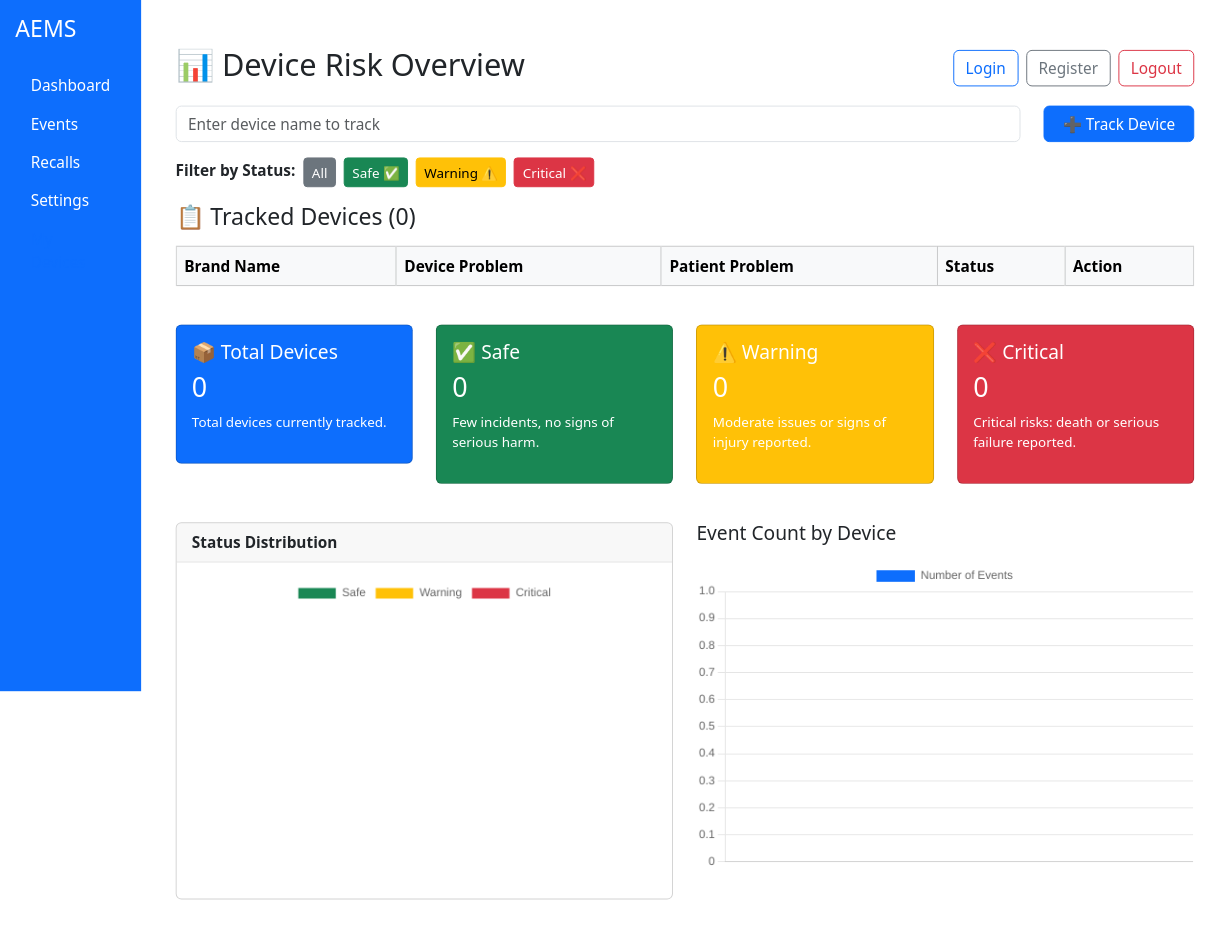
Repository: Sarary2/AEMS_2MVP
Page: / (app in frontend/AEMS/)
The author's editor kept a copy of each file at every save. The page is drawn from the files as they stood at one save, then again after the next save.
The browser window is 1280 px wide. The pictures show the whole page, at 96% of full size.
The page's requests for data from a server got no answer. The project was rebuilt for these pictures with package versions that can differ from the ones it lists, and the page was loaded fresh each time. No one was signed in, and anything a server would have sent is missing. Also part of the build but not shown: frontend/AEMS/vite.config.js, frontend/AEMS/src/components/DeviceRow.jsx, frontend/AEMS/src/pages/Events.jsx, frontend/AEMS/src/firebase.js, frontend/AEMS/src/pages/Login.jsx, frontend/AEMS/src/pages/Register.jsx.

Above is the page before, as saved 2025-05-06 13:00:39.

### frontend/AEMS/src/main.jsx
import React from 'react';
import ReactDOM from 'react-dom/client';
import App from './App.jsx';
import 'bootstrap/dist/css/bootstrap.min.css';

ReactDOM.createRoot(document.getElementById('root')).render(
  <React.StrictMode>
    <App />
  </React.StrictMode>
);

### frontend/AEMS/src/App.jsx
import { BrowserRouter as Router, Routes, Route, useLocation } from 'react-router-dom';
import Sidebar from './components/Sidebar';
import Dashboard from './pages/Dashboard';
import Events from './pages/Events';
import Login from './pages/Login';
import Register from './pages/Register';

function LayoutWithSidebar({ children }) {
  return (
    <div className="d-flex">
      <Sidebar />
      <div className="p-4 flex-grow-1">
        {children}
      </div>
    </div>
  );
}

function AppRoutes() {
  const location = useLocation();
  const hideSidebar = ['/login', '/register'].includes(location.pathname);

  return hideSidebar ? (
    <Routes>
      <Route path="/login" element={<Login />} />
      <Route path="/register" element={<Register />} />
    </Routes>
  ) : (
    <LayoutWithSidebar>
      <Routes>
        <Route path="/" element={<Dashboard />} />
        <Route path="/events" element={<Events />} />
      </Routes>
    </LayoutWithSidebar>
  );
}

export default function App() {
  return (
    <Router>
      <AppRoutes />
    </Router>
  );
}

### frontend/AEMS/src/components/Sidebar.jsx
import { Link } from 'react-router-dom';

export default function Sidebar() {
  return (
    <div className="bg-primary text-white vh-100 p-3">
      <h4 className="text-white">AEMS</h4>
      <ul className="nav flex-column mt-4">
        <li className="nav-item"><Link className="nav-link text-white" to="/">Dashboard</Link></li>
        <li className="nav-item"><Link className="nav-link text-white" to="/events">Events</Link></li>
        <li className="nav-item"><Link className="nav-link text-white" to="/recalls">Recalls</Link></li>
        <li className="nav-item"><Link className="nav-link text-white" to="/settings">Settings</Link></li>
        <li className="nav-item">
  <a className="nav-link" href="/tracked">My Devices</a>
</li>
      </ul>
    </div>
  );
}

### frontend/AEMS/src/pages/Dashboard.jsx
import { useEffect, useState } from 'react';
import { useNavigate } from 'react-router-dom';
import StatCard from '../components/StatCard';
import DeviceRow from '../components/DeviceRow';
import StatusChart from '../components/StatusChart';
import EventsChart from '../components/EventsChart';

export default function Dashboard() {
  const [devices, setDevices] = useState([]);
  const [filter, setFilter] = useState('All');
  const [tracked, setTracked] = useState(() =>
    JSON.parse(localStorage.getItem('trackedDevices') || '[]')
  );
  const [deviceInput, setDeviceInput] = useState('');
  const navigate = useNavigate();

  useEffect(() => {
    fetch('http://localhost:5001/api/devices/all')
      .then(res => res.json())
      .then(data => setDevices(data))
      .catch(err => console.error('Failed to fetch devices', err));
  }, []);

  const getStatusCounts = () => {
    const total = devices.length;
    const safe = devices.filter(d => d.status === 'Safe').length;
    const warning = devices.filter(d => d.status === 'Warning').length;
    const critical = devices.filter(d => d.status === 'Critical').length;
    return { total, safe, warning, critical };
  };

  const { total, safe, warning, critical } = getStatusCounts();

  const handleTrackAdd = () => {
    const input = deviceInput.trim().toLowerCase();
    if (!input || tracked.includes(input)) return;
    const updated = [...tracked, input];
    setTracked(updated);
    localStorage.setItem('trackedDevices', JSON.stringify(updated));
    setDeviceInput('');
  };

  const handleTrackRemove = (brandName) => {
    const normalized = tracked.find(t => brandName.toLowerCase().includes(t));
    if (!normalized) return;
    const updated = tracked.filter(t => t !== normalized);
    setTracked(updated);
    localStorage.setItem('trackedDevices', JSON.stringify(updated));
  };

  const matchedTrackedDevices = devices.filter(d =>
    tracked.some(t => d.brandName.toLowerCase().includes(t))
  );

  const filteredDevices =
    filter === 'All'
      ? matchedTrackedDevices
      : matchedTrackedDevices.filter(d => d.status === filter);

  const statusIcons = {
    Safe: '✅',
    Warning: '⚠️',
    Critical: '❌'
  };

  return (
    <div className="container-fluid">
      <div className="d-flex justify-content-between align-items-center mt-4 mb-3">
        <h2>📊 Device Risk Overview</h2>
        <div>
          <button className="btn btn-outline-primary me-2" onClick={() => navigate('/login')}>Login</button>
          <button className="btn btn-outline-secondary me-2" onClick={() => navigate('/register')}>Register</button>
          <button className="btn btn-outline-danger" onClick={() => alert('🔒 Logged out')}>Logout</button>
        </div>
      </div>

      <div className="mb-3 row">
        <div className="col-md-10">
          <input
            placeholder="Enter device name to track"
            className="form-control"
            value={deviceInput}
            onChange={(e) => setDeviceInput(e.target.value)}
          />
        </div>
        <div className="col-md-2">
          <button className="btn btn-primary w-100" onClick={handleTrackAdd}>
            ➕ Track Device
          </button>
        </div>
      </div>

      <div className="mb-3">
        <strong>Filter by Status:</strong>{' '}
        {['All', 'Safe', 'Warning', 'Critical'].map((s) => (
          <button
            key={s}
            className={`btn btn-sm mx-1 btn-${s === 'All' ? 'secondary' : s === 'Safe' ? 'success' : s === 'Warning' ? 'warning' : 'danger'}`}
            onClick={() => setFilter(s)}
          >
            {s} {statusIcons[s] || ''}
          </button>
        ))}
      </div>

      <h4>📋 Tracked Devices ({filteredDevices.length})</h4>
      <div className="table-responsive mb-4">
        <table className="table table-striped table-bordered mt-2">
          <thead className="table-light">
            <tr>
              <th>Brand Name</th>
              <th>Device Problem</th>
              <th>Patient Problem</th>
              <th>Status</th>
              <th>Action</th>
            </tr>
          </thead>
          <tbody>
            {filteredDevices.map((device, i) => (
              <DeviceRow key={i} device={device} onRemove={handleTrackRemove} />
            ))}
          </tbody>
        </table>
      </div>

      <div className="row mb-4">
        <StatCard title="Total Devices" count={total} />
        <StatCard title="Safe" count={safe} />
        <StatCard title="Warning" count={warning} />
        <StatCard title="Critical" count={critical} />
      </div>

      <div className="row mb-4">
        <div className="col-md-6">
          <StatusChart data={{ Safe: safe, Warning: warning, Critical: critical }} />
        </div>
        <div className="col-md-6">
          <EventsChart devices={devices} />
        </div>
      </div>
    </div>
  );
}

### frontend/AEMS/src/components/StatCard.jsx
import React from 'react';

const statusDetails = {
  "Safe": {
    icon: "✅",
    explanation: "Few incidents, no signs of serious harm.",
    color: "success"
  },
  "Warning": {
    icon: "⚠️",
    explanation: "Moderate issues or signs of injury reported.",
    color: "warning"
  },
  "Critical": {
    icon: "❌",
    explanation: "Critical risks: death or serious failure reported.",
    color: "danger"
  },
  "Total Devices": {
    icon: "📦",
    explanation: "Total devices currently tracked.",
    color: "primary"
  }
};

export default function StatCard({ title, count }) {
  const details = statusDetails[title] || {
    icon: "📊",
    explanation: "Summary of device activity.",
    color: "secondary"
  };

  return (
    <div className="col-md-3 mb-3">
      <div className={`card text-white bg-${details.color}`}>
        <div className="card-body">
          <h5 className="card-title">
            {details.icon} {title}
          </h5>
          <h3 className="card-text">{count}</h3>
          <p className="small">{details.explanation}</p>
        </div>
      </div>
    </div>
  );
}

### frontend/AEMS/src/components/StatusChart.jsx
import { Pie } from 'react-chartjs-2';
import { Chart as ChartJS, ArcElement, Tooltip, Legend } from 'chart.js';

ChartJS.register(ArcElement, Tooltip, Legend);

export default function StatusChart({ data }) {
  const chartData = {
    labels: ['Safe', 'Warning', 'Critical'],
    datasets: [
      {
        data: [data.Safe, data.Warning, data.Critical],
        backgroundColor: ['#198754', '#ffc107', '#dc3545'],
        borderWidth: 1,
      },
    ],
  };

  const chartOptions = {
    responsive: true,
    maintainAspectRatio: false,
    plugins: {
      legend: { position: 'top' },
    },
  };

  return (
    <div className="card h-100">
      <div className="card-header fw-semibold">Status Distribution</div>
      <div className="card-body" style={{ height: '350px' }}>
        <Pie data={chartData} options={chartOptions} />
      </div>
    </div>
  );
}

### frontend/AEMS/src/components/EventsChart.jsx
import { useEffect } from 'react';
import Chart from 'chart.js/auto';

export default function EventsChart({ devices }) {
  useEffect(() => {
    const ctx = document.getElementById('eventsChart');

    const deviceCounts = devices.reduce((acc, d) => {
      const name = d.deviceName || 'Unknown';
      acc[name] = (acc[name] || 0) + 1;
      return acc;
    }, {});

    const chartData = {
      labels: Object.keys(deviceCounts),
      datasets: [
        {
          label: 'Number of Events',
          data: Object.values(deviceCounts),
          backgroundColor: ['#0d6efd', '#ffc107', '#dc3545', '#198754', '#6f42c1'],
        },
      ],
    };

    const chart = new Chart(ctx, {
      type: 'bar',
      data: chartData,
    });

    return () => chart.destroy();
  }, [devices]);

  return (
    <div>
      <h5 className="mb-3">Event Count by Device</h5>
      <canvas id="eventsChart" width="400" height="250"></canvas>
    </div>
  );
}

Loaded but not shown: frontend/AEMS/index.html (common file)

After the next save:
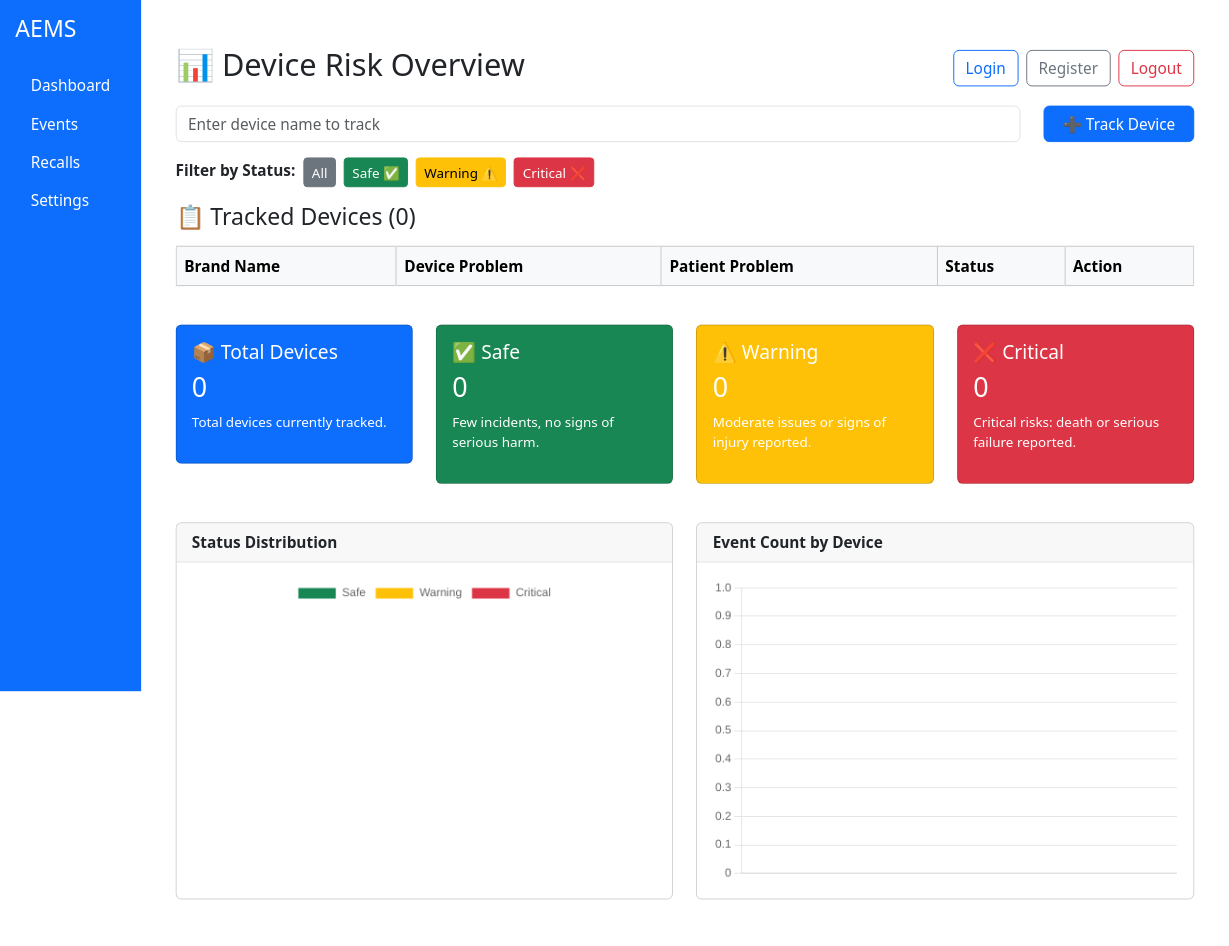
Saved 17 s later.
--- a/frontend/AEMS/src/components/EventsChart.jsx
+++ b/frontend/AEMS/src/components/EventsChart.jsx
@@ -1,12 +1,16 @@
-import { useEffect } from 'react';
+import { useEffect, useRef } from 'react';
 import Chart from 'chart.js/auto';
 
 export default function EventsChart({ devices }) {
+  const chartRef = useRef(null);
+  const canvasRef = useRef(null);
+
   useEffect(() => {
-    const ctx = document.getElementById('eventsChart');
+    const ctx = canvasRef.current;
+    if (!ctx) return;
 
     const deviceCounts = devices.reduce((acc, d) => {
-      const name = d.deviceName || 'Unknown';
+      const name = d.brandName || 'Unknown';
       acc[name] = (acc[name] || 0) + 1;
       return acc;
     }, {});
@@ -17,23 +21,39 @@ export default function EventsChart({ devices }) {
         {
           label: 'Number of Events',
           data: Object.values(deviceCounts),
-          backgroundColor: ['#0d6efd', '#ffc107', '#dc3545', '#198754', '#6f42c1'],
+          backgroundColor: '#0d6efd',
         },
       ],
     };
 
-    const chart = new Chart(ctx, {
+    if (chartRef.current) chartRef.current.destroy();
+
+    chartRef.current = new Chart(ctx, {
       type: 'bar',
       data: chartData,
+      options: {
+        responsive: true,
+        maintainAspectRatio: false,
+        plugins: {
+          legend: { display: false },
+        },
+        scales: {
+          x: { ticks: { autoSkip: false, maxRotation: 45, minRotation: 45 } },
+        },
+      },
     });
 
-    return () => chart.destroy();
+    return () => {
+      if (chartRef.current) chartRef.current.destroy();
+    };
   }, [devices]);
 
   return (
-    <div>
-      <h5 className="mb-3">Event Count by Device</h5>
-      <canvas id="eventsChart" width="400" height="250"></canvas>
+    <div className="card h-100">
+      <div className="card-header fw-semibold">Event Count by Device</div>
+      <div className="card-body" style={{ height: '350px' }}>
+        <canvas ref={canvasRef}></canvas>
+      </div>
     </div>
   );
 }
